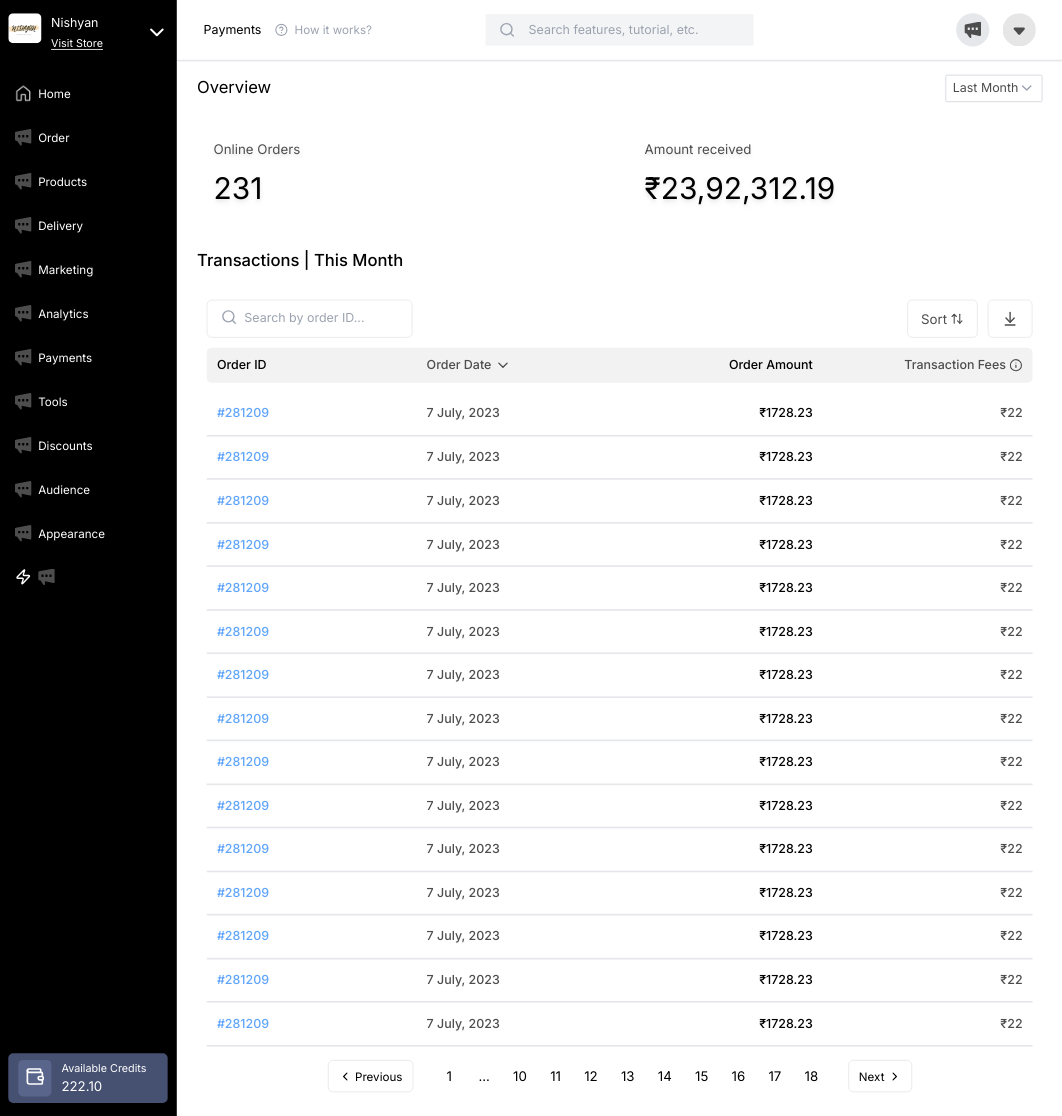
Repository: SubhamBnk/dukaan-task
Page: /
These files come from the project's save history. The page is drawn as it stood at one moment and after a run of saves; the edit follows.
The browser window is 1280 px wide. The pictures show the whole page, at 83% of full size.
The project was rebuilt for these pictures with package versions that can differ from the ones it lists, and the page was loaded fresh each time. The framework's server and built-in components were replaced by stand-ins that run in the browser. Also part of the build but not shown: next.config.js.

Above is the page before, as saved 2024-01-09 20:37:02.

### src/app/page.tsx
import OrderList from '@/components/OrderList'
import {  ArrowDown, ArrowDownToLine, ArrowUpDown, BadgePercent, BarChartBig, ChevronDown, ChevronLeft, ChevronRight, ClipboardList, CreditCard, HelpCircle, HomeIcon, Info, LayoutGrid, MousePointer2, Palette, Search, Truck, Users, Volume2, Wallet, Zap } from 'lucide-react'
import Image from 'next/image'

export default function Home() {
  const ordersToRender = [];

    for (let i = 0; i < 15; i++) {
      ordersToRender.push(<OrderList key={i} />);
    }
  const isBlack = true; // or false, depending on your condition

const mergedStyle = {
  backgroundColor: isBlack ? 'rgba(0, 0, 0, 1)' : 'rgba(255, 255, 255, 0.1)',
};


  return (
    <div className='grid grid-cols-6 bg-white '>
  <div style={mergedStyle} className='h-100 px-2.5 py-4 text-white relative'>
          <div className='flex gap-3'>
            <div>
              <Image src='/logo.png' alt='Nishyan' className='rounded-md' width={50} height={50}/>
            </div>
            <div className='flex flex-col gap-1 justify-start items-start w-2/3'>
              <p className='text-[15px]'>
                Nishyan</p>
              <p className='text-[13px] underline underline-offset-2'>Visit Store</p>
            </div>
            <div className='flex items-center'>
              <ChevronDown className='h-7 w-7 font-bold'/>
            </div>
          </div>

          {/* Navigation List */}
          <div className='mt-6 gap-1'>
              <div className='flex gap-2 px-2 py-4 rounded-md hover:bg-[#4d587b]'>
                 <Image src="/home.png" alt="group" width={20} height={20}/>
                <p className='text-[14px]'>Home</p>
              </div>
              <div className='flex gap-2 px-2 py-4 rounded-md hover:bg-[#4d587b]'>
                 <Image src='./Group.svg' alt="group" width={20} height={20}/>
                <p className='text-[14px]'>Order</p>
              </div>
              <div className='flex gap-2 px-2 py-4 rounded-md hover:bg-[#4d587b]'>
                 <Image src='./Group.svg' alt="group" width={20} height={20}/>
                <p className='text-[14px]'>Products</p>
              </div>
              <div className='flex gap-2 px-2 py-4 rounded-md hover:bg-[#4d587b]'>
                 <Image src='./Group.svg' alt="group" width={20} height={20}/>
                <p className='text-[14px]'>Delivery</p>
              </div>
              <div className='flex gap-2 px-2 py-4 rounded-md hover:bg-[#4d587b]'>
                 <Image src='./Group.svg' alt="group" width={20} height={20}/>
                <p className='text-[14px]'>Marketing</p>
              </div>
              <div className='flex gap-2 px-2 py-4 rounded-md hover:bg-[#4d587b]'>
                 <Image src='./Group.svg' alt="group" width={20} height={20}/>
                <p className='text-[14px]'>Analytics</p>
              </div>
              <div className='flex gap-2 px-2 py-4 rounded-md hover:bg-[#4d587b]'>
                 <Image src='./Group.svg' alt="group" width={20} height={20}/>
                <p className='text-[14px]'>Payments</p>
              </div>
              <div className='flex gap-2 px-2 py-4 rounded-md hover:bg-[#4d587b]'>
                 <Image src='./Group.svg' alt="group" width={20} height={20}/>
                <p className='text-[14px]'>Tools</p>
              </div>
              <div className='flex gap-2 px-2 py-4 rounded-md hover:bg-[#4d587b]'>
                 <Image src='./Group.svg' alt="group" width={20} height={20}/>
                <p className='text-[14px]'>Discounts</p>
              </div>
              <div className='flex gap-2 px-2 py-4 rounded-md hover:bg-[#4d587b]'>
                <Image src='./Group.svg' alt="group" width={20} height={20}/>
                <p className='text-[14px]'>Audience</p>
              </div>
              <div className='flex gap-2 px-2 py-4 rounded-md hover:bg-[#4d587b]'>
                <Image src='./Group.svg' alt="group" width={20} height={20}/>
                <p className='text-[14px]'>Appearance</p>
              </div>
              <div className='flex gap-2 px-2 py-4 rounded-md hover:bg-[#4d587b]'>
                <Zap className='w-5 h-5'/>
                 <Image src='./Group.svg' alt="group" width={20} height={20}/>
              </div>

          </div>

          {/* Available Credits */}
          <div className='absolute bottom-2 flex items-center mb-2 w-[90%]'>
            <div className='flex px-3 py-2 bg-[#465071] rounded-md w-full'>
              <div className='p-2 bg-[#5a658c] rounded-md'>
                <Wallet className='w-6 h-6'/>
              </div>
              <div className='pl-3 w-full'>
                <p className='text-[13px]'>Available Credits</p>
                <p className='text-[16px]'>222.10</p>
              </div>
            </div>
          </div>
      </div>

      {/* Dashboard Navbar*/}
      <div className='col-span-5'>
        {/* Navbar */}
        <div className='grid grid-cols-3 gap-4 py-4 px-8 items-center border-b-2 border-gray-200'>
            <div className='flex gap-4 w-auto'>
              <p className='text-[15px] font-md'>Payments</p>
              <div className='flex items-center gap-2 w-auto'>
                <HelpCircle className='text-gray-400 w-4 h-4'/>
                <p className='text-sm font-sm text-gray-400'> How it works?</p>
              </div>
            </div>
            <div className='flex gap-4 w-auto items-center bg-gray-100 px-4 py-2'>
              <Search className='text-gray-400 w-5 h-5'/>
              <p className='text-[15px] text-gray-400'>Search features, tutorial, etc.</p>
            </div>
            <div className='flex gap-4 w-auto justify-end'>
              <div className='rounded-full bg-gray-200 h-10 w-10 flex items-center justify-center'>
              <Image src='./Group.svg' alt="group" width={20} height={20}/>
              </div>
              <Image src='./Menu.svg' alt="menu" width={40} height={40}/>
            </div>
        </div>

        {/* Main content */}
        <div className='flex flex-col px-6 py-4'>
          <div>
            {/* Overview Layer */}
            <div className='flex justify-between'>
              <p className='text-[20px] text-semibold'>Overview</p>
              <div className='px-2 py-1 rounded-sm flex border border-gray-300 items-center'>
                <p className='text-[15px] text-[#4D4D4D]'>Last Month</p>
                <ChevronDown className='text-gray-400 h-5 w-5'/>
              </div>
            </div>
            {/* Orders Layer */}
            <div className='grid grid-cols-2 gap-5 mt-6'>
              <div className='p-5 flex flex-col gap-4 drop-shadow-md'>
                <div><p className='text-[16px] text-[#4D4D4D]'>Online Orders</p></div>
                <div><p className='text-4xl'>231</p></div>
              </div>
              <div className='p-5 flex flex-col gap-4 drop-shadow-md'>
                <div><p className='text-[16px] text-[#4D4D4D]'>Amount received</p></div>
                <div><p className='text-4xl'>₹23,92,312.19</p></div>
              </div>
            </div>
          </div>

          {/* Transactions section */}
          <div className='mt-8 flex flex-col'>
            <div className='w-auto'>
              <p className='text-[20px] font-[500]'>Transactions | This Month</p>
            </div>

            {/* Order Details */}
            <div className='mt-5 p-3'>
                {/* Search Sort and Download Section */}
                <div className='flex flex-col gap-3'>
                    <div className='flex gap-3'>
                      <div className='flex justify-between w-full'>
                        <div className='flex flex-start py-2.5 px-4 border border-gray-200 rounded-md w-[248px]'>
                          <Search className='text-gray-400 w-5 h-5'/>
                          <p className='text-[15px] text-gray-400 pl-2'>Search by order ID...</p>
                        </div>
                        {/* Sort Icon */}
                        <div className='flex flex-start items-center py-2.5 px-4 border border-gray-200 rounded-md '>
                          <p className='text-[16px] text-[#4D4D4D]'>Sort</p>
                          <ArrowUpDown className='text-[#4D4D4D] w-5 h-5 pl-1'/>
                        </div>
                      </div>

                      {/* Download Icon  */}
                      <div className='flex flex-start items-center py-2.5 px-4 border border-gray-200 rounded-md '>
                        <ArrowDownToLine className='text-[#4D4D4D] w-5 h-5'/>
                      </div>
                    </div>

                    {/* Table Header */}
                    <div className='py-2.5 px-3 grid grid-cols-4 gap-10 rounded-md bg-[#F2F2F2]'>
                      <div className='flex justify-start items-start'><p className='text-[15px] font-[500]'>Order ID</p></div>
                      <div className='flex justify-start items-center'>
                        <p className='text-[15px] text-[#4D4D4D] font-[500]'>Order Date</p>
                        <ChevronDown className='text-[#4D4D4D] w-5 h-5 ml-1'/>
                      </div>
                      <div className='flex justify-end items-end'><p className='text-[15px] font-[500]'>Order Amount</p></div>
                      <div className='flex justify-end items-center'>
                        <p className='text-[15px] text-[#4D4D4D] font-[500]'>Transaction Fees</p>
                        <Info className='text-[#4D4D4D] w-4 h-4 ml-1'/>
                      </div>
                    </div>

                    {/* Orders List */}
                    <div>
                      {ordersToRender}
                    </div>

                    {/* Pagination */}
                    <div className='mt-1 flex items-center justify-center gap-6'>
                        {/* Previous Icon*/}
                        <div className='flex flex-start items-center py-2 px-3 border border-gray-200 hover:bg-blue-500 hover:text-white rounded-md'>
                          <ChevronLeft className=' w-5 h-5 pr-1'/>
                          <p className='text-[14px] '>Previous</p>
                        </div>
                        <div className='flex gap-1'>
                            <div className='py-2 px-4 hover:bg-blue-500 hover:text-white rounded-md'><p>1</p></div>
                            <div className='py-2 px-3 hover:bg-blue-500 hover:text-white rounded-md'><p>...</p></div>
                            <div className='py-2 px-3 hover:bg-blue-500 hover:text-white rounded-md'><p>10</p></div>
                            <div className='py-2 px-3 hover:bg-blue-500 hover:text-white rounded-md'><p>11</p></div>
                            <div className='py-2 px-3 hover:bg-blue-500 hover:text-white rounded-md'><p>12</p></div>
                            <div className='py-2 px-3 hover:bg-blue-500 hover:text-white rounded-md'><p>13</p></div>
                            <div className='py-2 px-3 hover:bg-blue-500 hover:text-white rounded-md'><p>14</p></div>
                            <div className='py-2 px-3 hover:bg-blue-500 hover:text-white rounded-md'><p>15</p></div>
                            <div className='py-2 px-3 hover:bg-blue-500 hover:text-white rounded-md'><p>16</p></div>
                            <div className='py-2 px-3 hover:bg-blue-500 hover:text-white rounded-md'><p>17</p></div>
                            <div className='py-2 px-3 hover:bg-blue-500 hover:text-white rounded-md'><p>18</p></div>
                        </div>
                        <div className='flex flex-start items-center py-2 px-3 border border-gray-200 hover:bg-blue-500 hover:text-white rounded-md '>
                          <p className='text-[14px] '>Next</p>
                          <ChevronRight className='w-5 h-5 pl-1'/>
                        </div>
                    </div>
                </div>
            </div>
          </div>
        </div>
      </div>
    </div>
  )
}

### src/components/OrderList.tsx


const OrderList = () => {
  return (
    <div className='grid grid-cols-4 gap-10 px-3 py-3.5 border-b-2 border-gray-200'>
            <div className='flex justify-start items-start'><p className='text-[15px] font-[500] text-blue-400'>#281209</p></div>
            <div className='flex justify-start items-center'>
            <p className='text-[15px] text-[#4D4D4D] font-[500]'>7 July, 2023</p>
            </div>
            <div className='flex justify-end items-end'><p className='text-[15px] font-[500]'>&#x20B9;1728.23</p></div>
            <div className='flex justify-end items-center'>
                <p className='text-[15px] text-[#4D4D4D] font-[500]'>&#x20B9;22</p>
            </div>
    </div>
  )
}

export default OrderList

Loaded but not shown: src/app/layout.tsx (common file); src/app/globals.css (common file); tailwind.config.ts (common file)

After the next 3 saves:
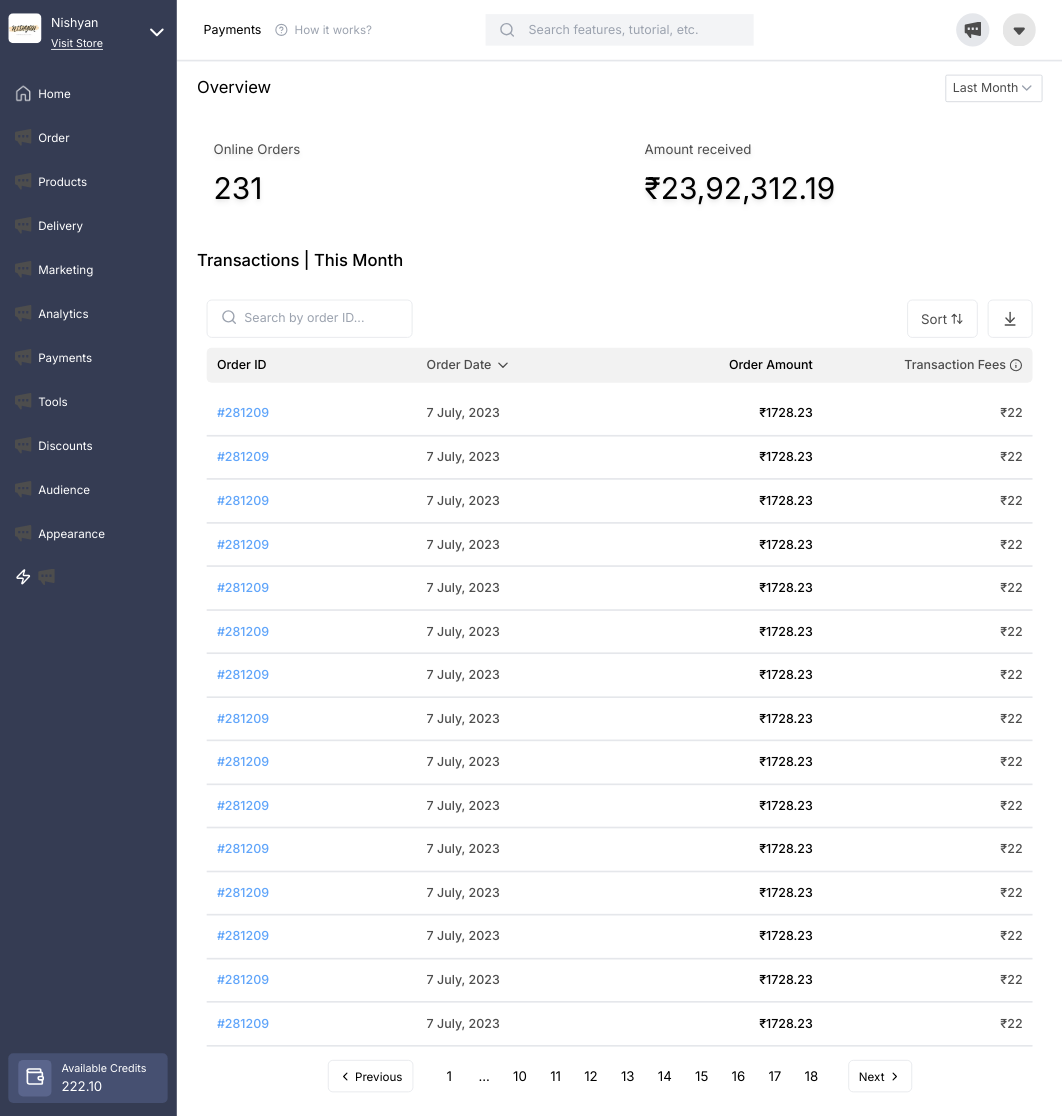
The 3 saves are shown as one change because 2 did not build or start.
The last was saved 2 min 22 s later.
--- a/src/app/page.tsx
+++ b/src/app/page.tsx
@@ -8,16 +8,11 @@ export default function Home() {
     for (let i = 0; i < 15; i++) {
       ordersToRender.push(<OrderList key={i} />);
     }
-  const isBlack = true; // or false, depending on your condition
-
-const mergedStyle = {
-  backgroundColor: isBlack ? 'rgba(0, 0, 0, 1)' : 'rgba(255, 255, 255, 0.1)',
-};
-
 
   return (
     <div className='grid grid-cols-6 bg-white '>
-  <div style={mergedStyle} className='h-100 px-2.5 py-4 text-white relative'>
+      <div className='bg-[#353C53] h-100 px-2.5 py-4 text-white relative'>
+          {/* Logo and Name */}
           <div className='flex gap-3'>
             <div>
               <Image src='/logo.png' alt='Nishyan' className='rounded-md' width={50} height={50}/>
